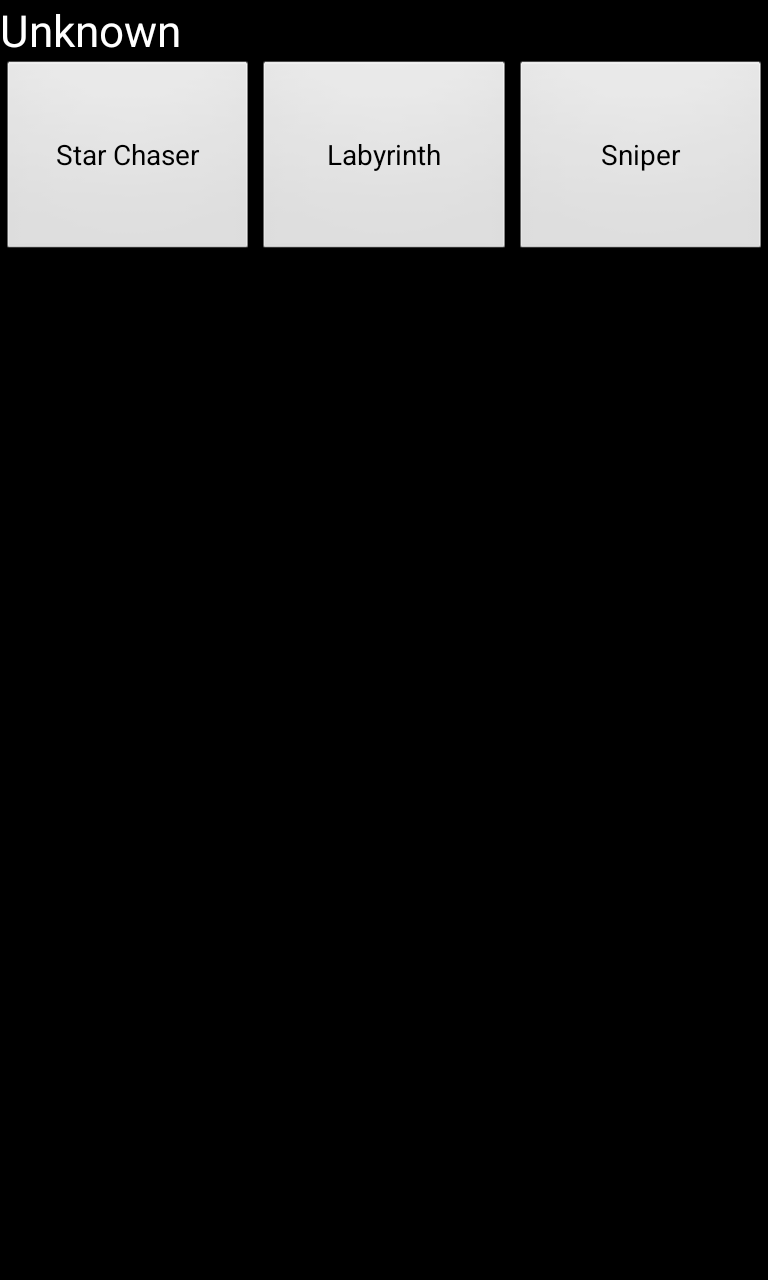
Repository: Malow/PhoneGame
Layout: Android/WiiPhone/res/layout/activity_main.xml
An editor plug-in stored every save of this project. The layout is shown before and after the next save, followed by the edit.
It is drawn on a 768 x 1280 px phone screen (xhdpi) without system bars, with theme android:Theme.NoTitleBar.Fullscreen; the app's code is not run. The app's manifest (not shown) leaves right-to-left support off. So textAlignment, textDirection and layoutDirection are ignored, and left and right values win over start and end ones.

Above is the layout before, as saved 2013-04-26 10:41:28.

After the next save:
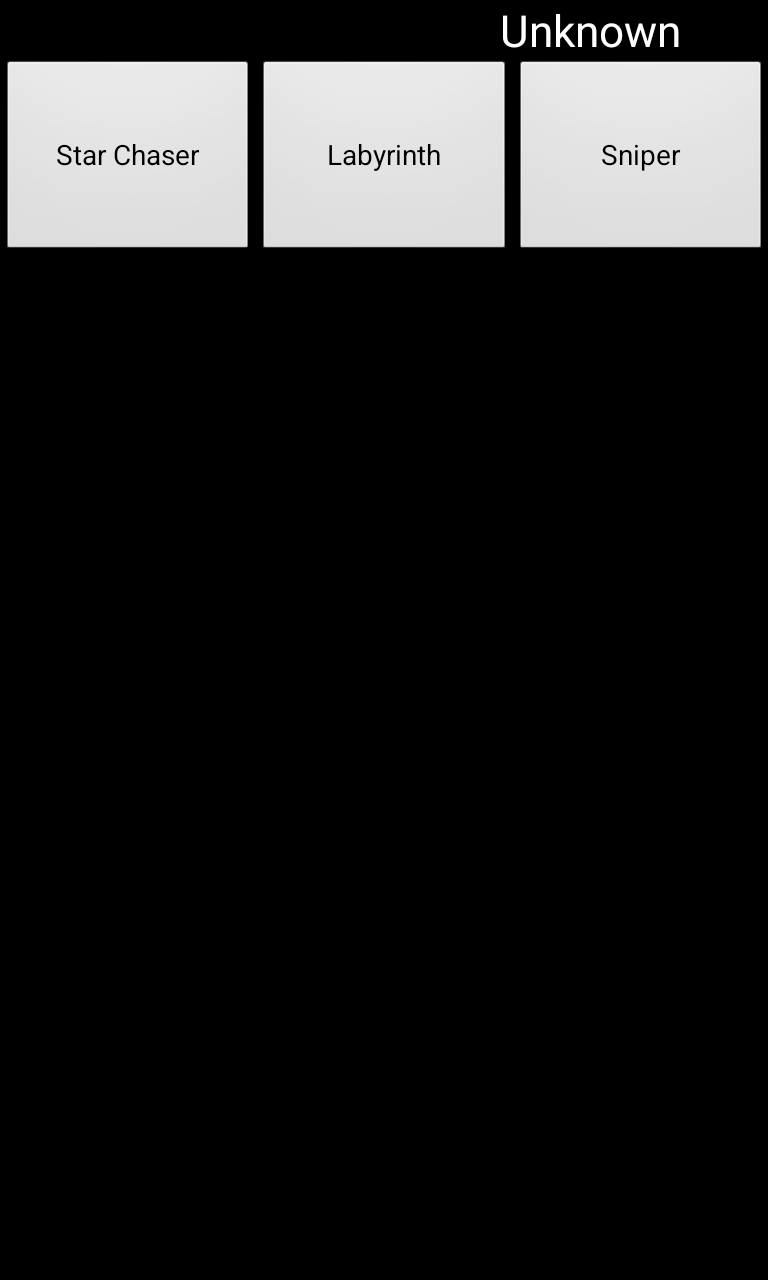
Saved 81 s later.
--- a/Android/WiiPhone/res/layout/activity_main.xml
+++ b/Android/WiiPhone/res/layout/activity_main.xml
@@ -8,9 +8,9 @@
         android:id="@+id/textView1"
         android:layout_width="wrap_content"
         android:layout_height="wrap_content"
+        android:layout_marginLeft="250dp"
         android:gravity="center"
         android:text="Unknown"
-        android:textAlignment="center"
         android:textAppearance="?android:attr/textAppearanceLarge" />
 
     <LinearLayout
